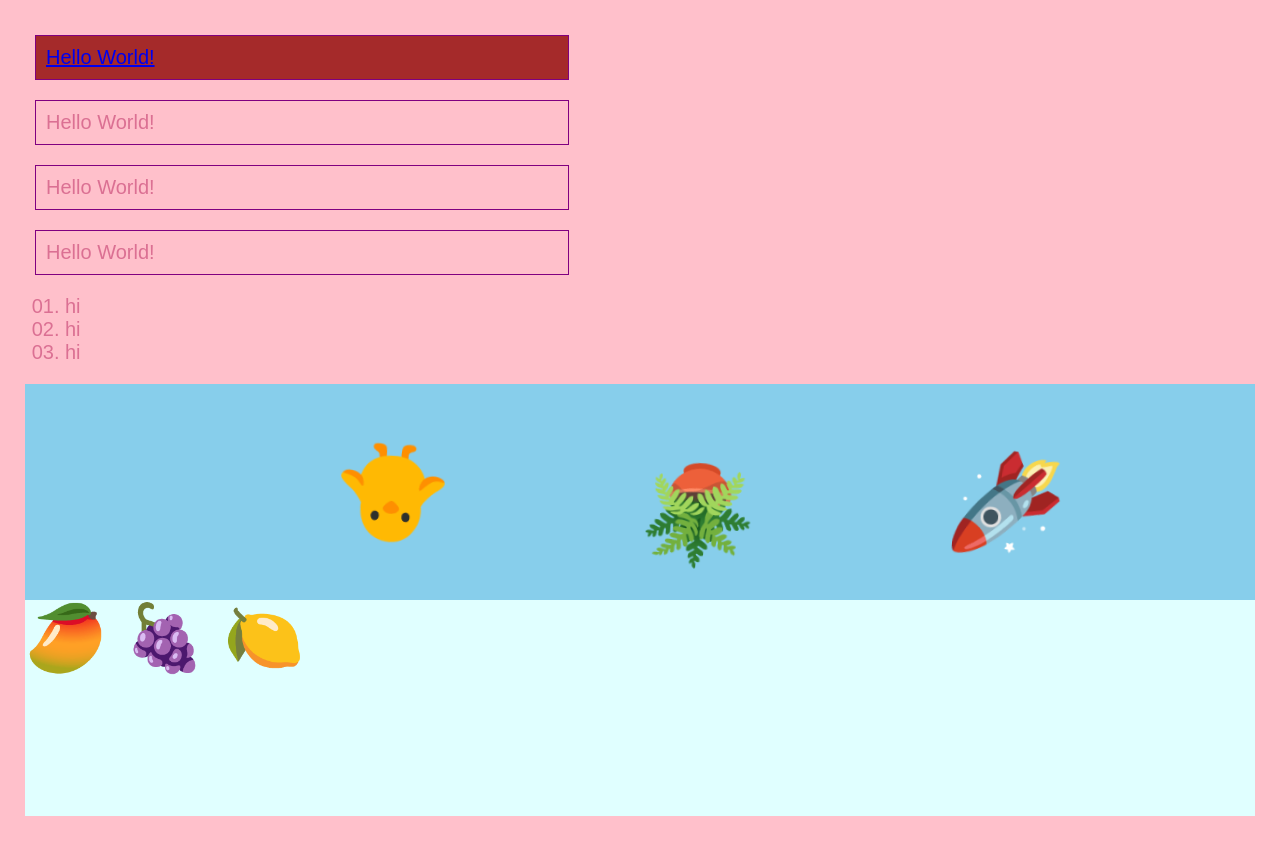
Repository: j1s00jang/MDIA-2109
Page: index2.html
An editor plug-in stored every save of this project. The page is shown before and after the next save, followed by the edit.
The browser window is 1280 px wide. The pictures show the whole page.

Above is the page before, as saved 2025-02-24 10:35:26.

### index2.html
<!DOCTYPE html>
<html lang="en">
<head>
    <meta charset="UTF-8">
    <meta name="viewport" content="width=device-width, initial-scale=1.0">
    <title>Document</title>
    <link rel="stylesheet" href="css/style.css">
</head>
<body>
    <!-- <section>
        Hello World!🐶
    </section>
    <section class="container">
        And Hello!🐻‍❄️
    </section>
    <section class="container" id="specific-container">
        Hello, Teenie!🐰
    </section>
    <section class="section">
        <section class="container">
            Hello fox!🦊
        </section>
    id is override everything!
    id > selector > element
    !important <- it makes absolute value, not effected
    </section> -->



    <section class="container">
        <a href="321.html" class="link">Hello World!</a>
    </section>
    <section class="container">
        Hello World!
    </section>
    <section class="container">
        Hello World!
    </section>
    <section class="container">
        Hello World!
    </section>
    <ul>
        <li>
            hi
        </li>
        <li>
            hi
        </li>
        <li>
            hi
        </li>
    </ul>



    <div class="css">
        <span class="css__spinner spin">🐥</span>
        <span class="css__spinner moreSpin">🪴</span>
        <span class="css__spinner mostSpin">🚀</span>
    </div>

    <div class="js">
        <span class="js__spinner spin">🥭</span>
        <span class="js__spinner moreSpin">🍇</span>
        <span class="js__spinner mostSpin">🍋</span>
    </div>





</body>
</html>

### css/style.css
/* Resets and Basics */

html {
    font-family: "Futura", sans-serif;
    font-size: 1.25em;
    background-color: pink;
    padding: 1.25em;
    color:palevioletred;
}

body {
    margin: 0;
}


section {
    border: 1px solid gray;
    /* border-width: 1px;
    border-style: solid;
    border-color: gray; */
    width: 40vw;
    /* vw is almost similar with % */
    padding: 10px;
    margin: 10px;
}


section .container {
    border-color: darkorange;
}

.container {
    border: 1px solid;
    border-color: purple;
    transition: all 0.5s;
}


.container:first-child {
    background-color: brown;
}




.container:hover {
    width: 50vw;
}

.container + .container {
    margin-top: 20px;
}


.link {
    transition: background-color 1s;
}

.link:hover {
    text-decoration: underline;
    color: gray;
    background-color: hotpink;
}



#specific-container {
    border-color: blue;
}


ul {
    list-style-type: decimal-leading-zero;
}







.icon-box {
    padding: 5px;
}

.icon-box__image {
    width: 40px;
    height: 40px;
}

.icon-box__heading {
    font-size: 20px;
    margin: 10px 0;
    text-align: center;
}

.icon-box__text {
    color: gray;
    font-size: 12px;
}


/* Animations */

.css, .js {
    position: relative;
    height: 30vh;
    font-size: 65px;
}

.css {
    background: skyblue;
}

.js {
    background: lightcyan;

}


.css__spinner {
    position: absolute;
    animation: makeItSpin 3s ease-in infinite;
}

.spin { left: 25%; top: 25%; }
.moreSpin { left: 50%; top: 35%; }
.mostSpin { left: 75%; top: 30%; }



@keyframes makeItSpin {
    0% {
        transform: rotate(0);
    }
    50% {
        font-size: 100px;
    }
    100% {
        transform: rotate(360deg);
    }
}

After the next save:
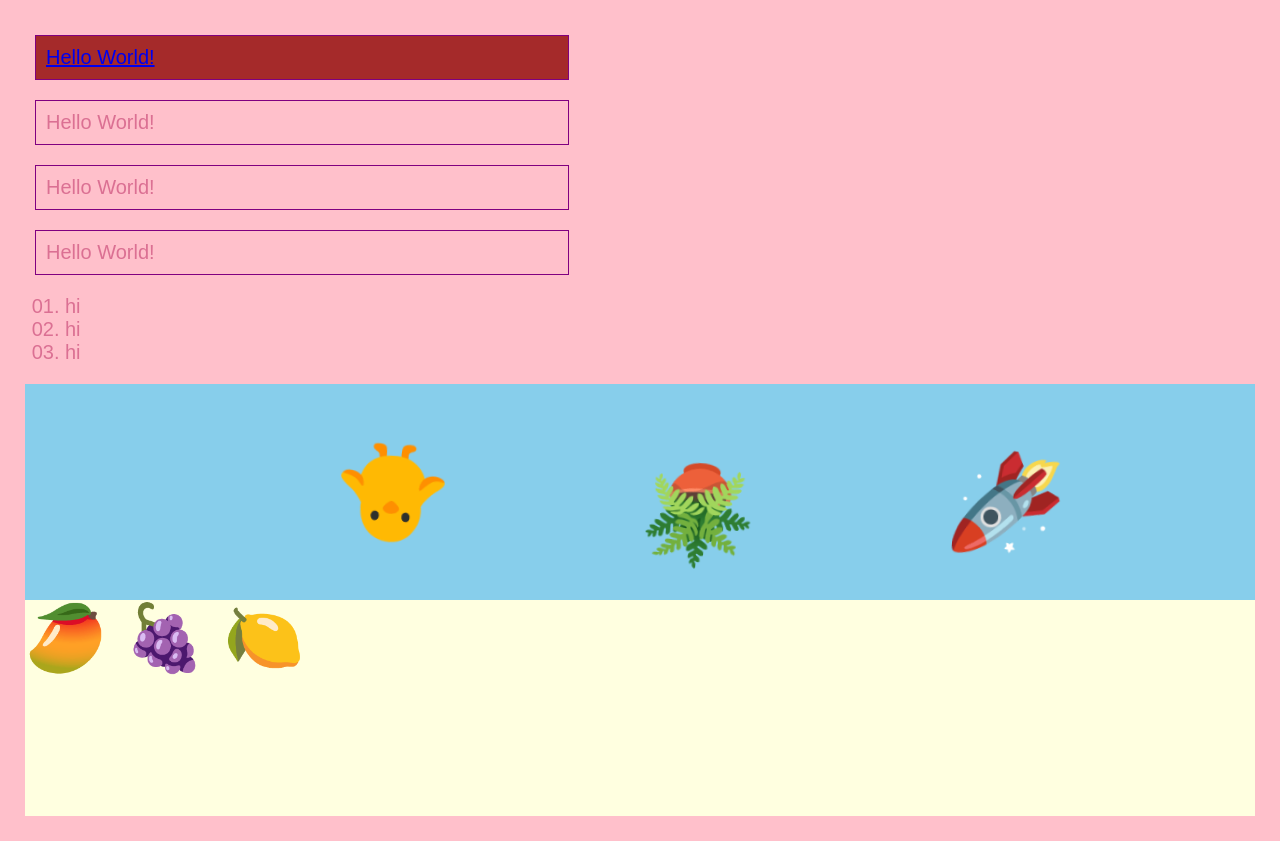
Saved 9 s later.
--- a/css/style.css
+++ b/css/style.css
@@ -113,7 +113,7 @@ ul {
 }
 
 .js {
-    background: lightcyan;
+    background: lightyellow;
 
 }
 
